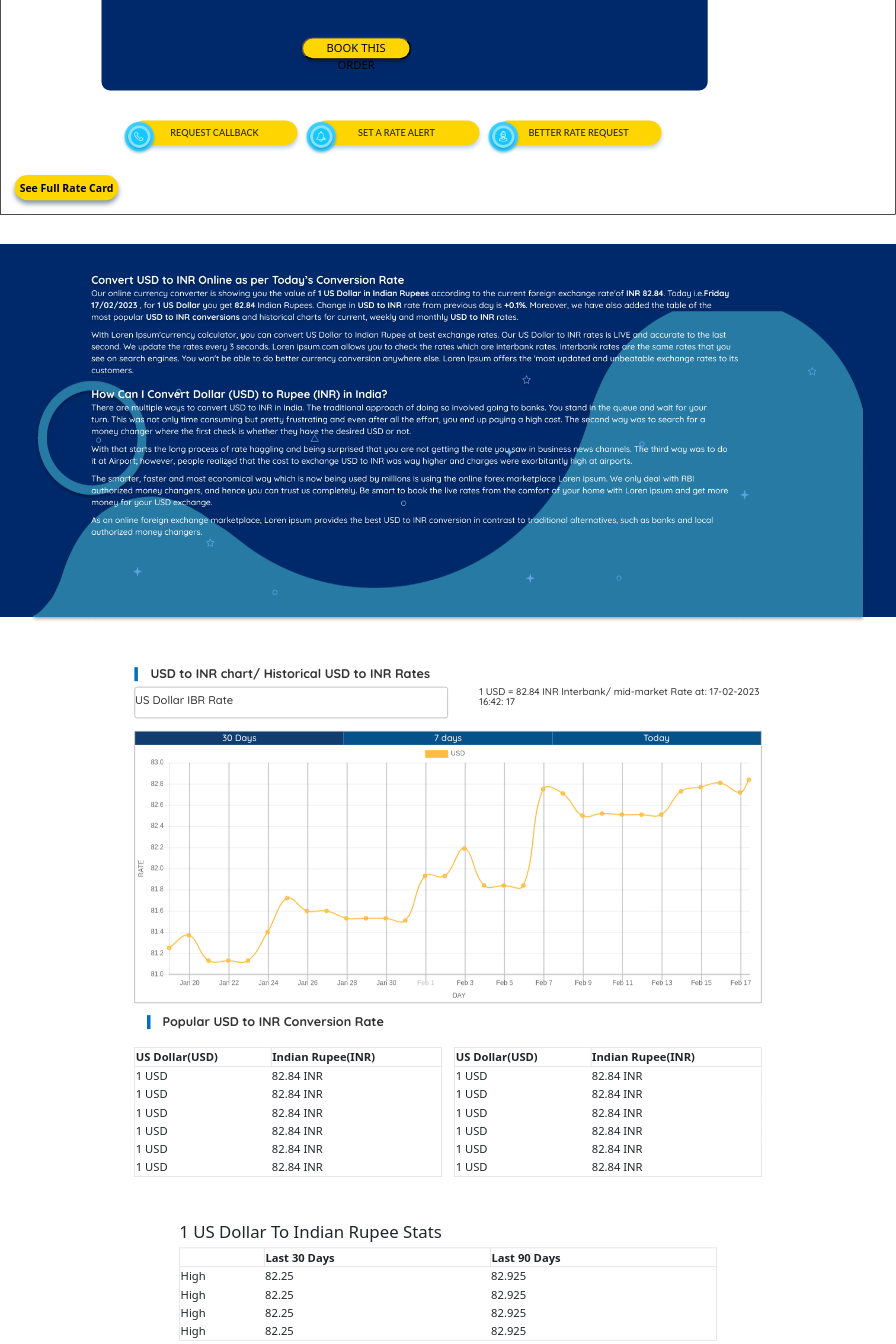
Repository: FlyweisReact/Akshadeep-latest
Page: /exchange
These files come from the project's save history. The page is drawn as it stood at one moment and after the next save; the edit follows.
The browser window is 1280 px wide. The pictures show the part of the page from y = 533 to 2453 px (the page is 4044 px tall before and 4008 px after), at 70% of full size.
Some web libraries are served in a nearby version. The project was rebuilt for these pictures with package versions that can differ from the ones it lists, and the page was loaded fresh each time. Also part of the build but not shown: src/components/order_p1.jsx, src/components/order_p2.jsx, src/components/faas.jsx, src/components/offer.jsx, src/components/Component/Index/CurrencySlider.js, src/components/Component/Index/IndexFirstMotion.js, src/components/Component/Index/IndexSecondMotion.js, src/components/Component/Index/IndexThirdMotion.js and 15 more.

Above is the page before, as saved 2023-05-30 17:29:27.

After the next save:
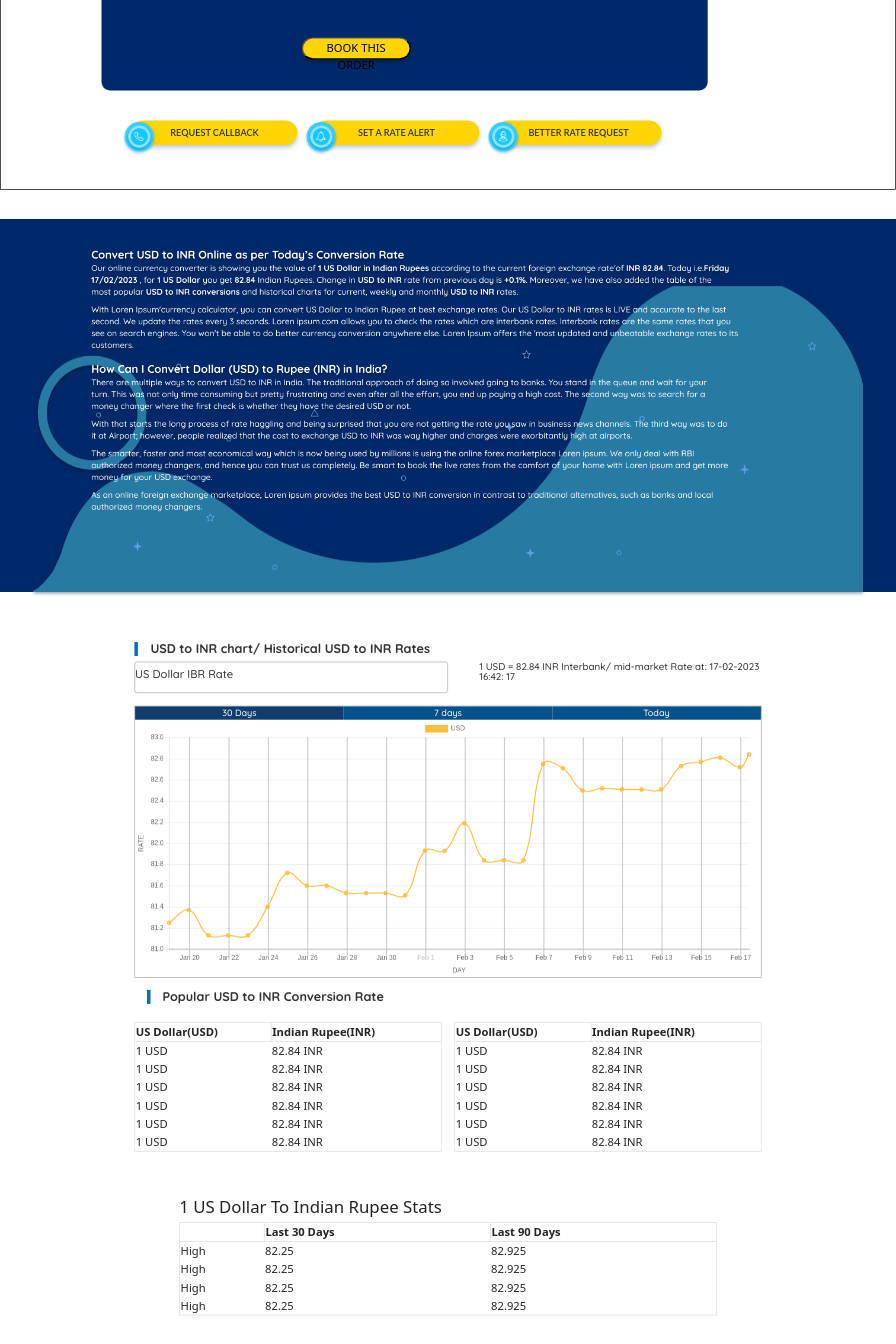
Saved 3 s later.
--- a/src/components/exchange.jsx
+++ b/src/components/exchange.jsx
@@ -96,7 +96,6 @@ const Exchange = () => {
             </div>
           </div>
         </div>
-        <button className="exch-btn">See Full Rate Card</button>
       </div>
 
 
